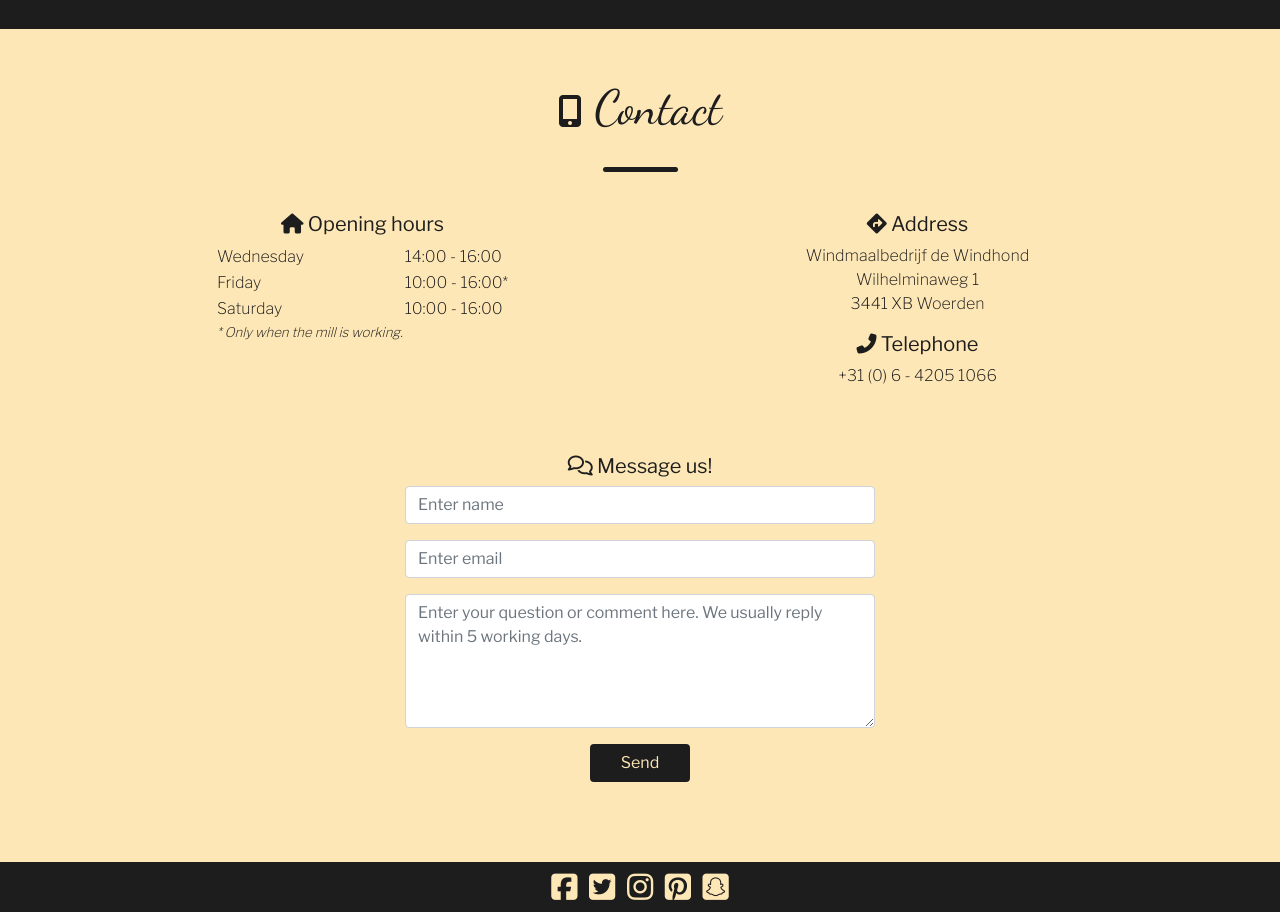
Repository: jdl208/DeWindhond
Page: index.html
The author's editor kept a record of every edit. The page is drawn from the files as they stood at one moment, then again after the next edit.
The browser window is 1280 px wide. The pictures show the part of the page from y = 2408 to 3360 px (the page is 3329 px tall before and 3360 px after).
Some web libraries are served in a nearby version.

Above is the page before.

After the next edit:
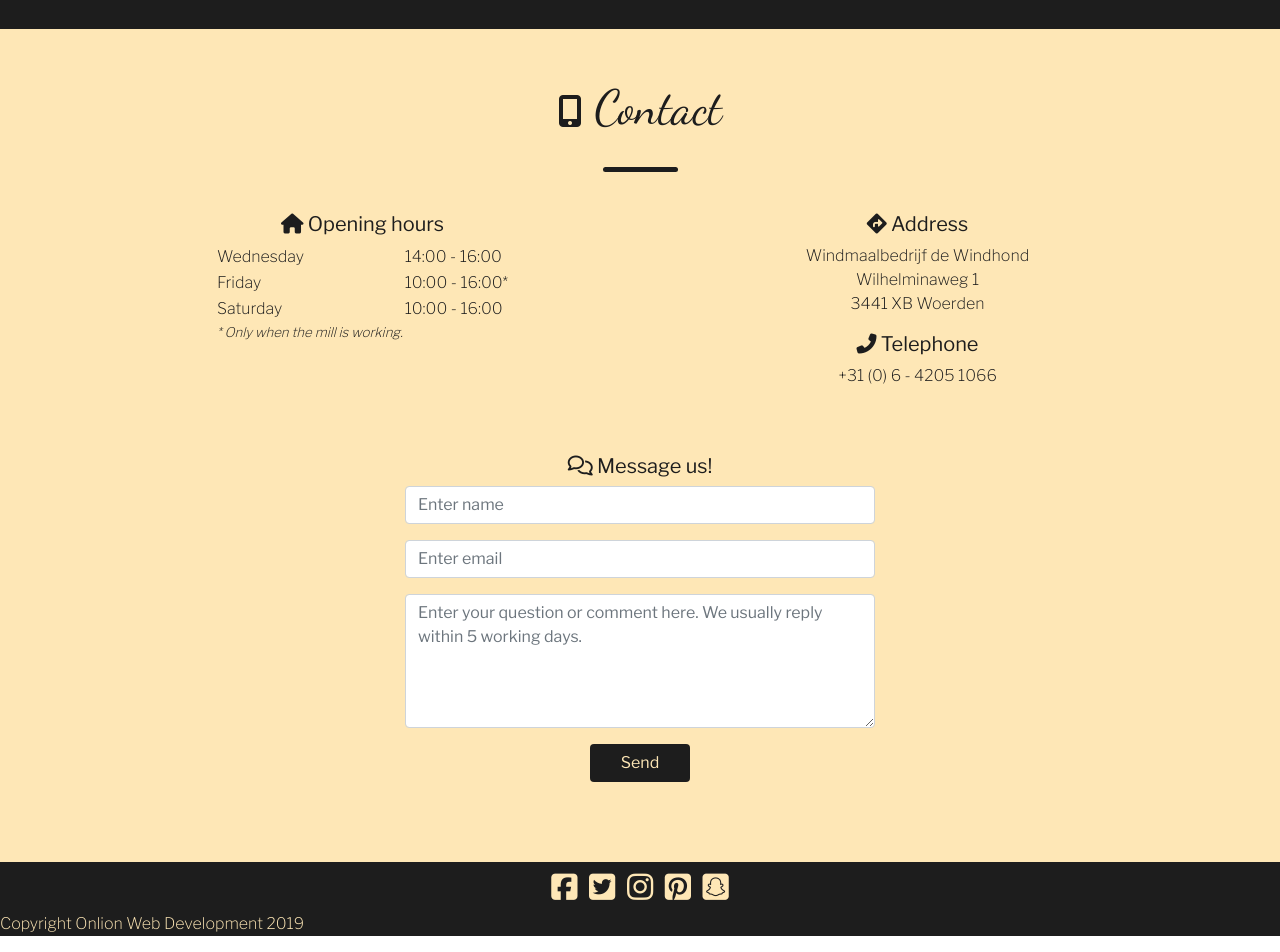
The edit:
--- a/index.html
+++ b/index.html
@@ -144,7 +144,7 @@
             <div class="row">
                 <div class="col-md-6 contact_visiting">
                     <table>
-                                                    <h5><i class="fas fa-home"></i> Opening hours</h5>
+                        <h5><i class="fas fa-home"></i> Opening hours</h5>
                         <tr>
                             <td>Wednesday</td>
                             <td>14:00 - 16:00</td>
@@ -157,7 +157,9 @@
                             <td>Saturday</td>
                             <td>10:00 - 16:00</td>
                         </tr>
-                    <tr class="footnote_opening"><td>* Only when the mill is working.</td></tr>
+                        <tr class="footnote_opening">
+                            <td>* Only when the mill is working.</td>
+                        </tr>
 
                     </table>
                 </div>
@@ -203,6 +205,8 @@
                 </ul>
             </div>
         </div>
+        <p class="copyright">Copyright Onlion Web Development 2019</p>
+
     </footer>
 
     <script src="https://code.jquery.com/jquery-3.3.1.slim.min.js" integrity="sha384-q8i/X+965DzO0rT7abK41JStQIAqVgRVzpbzo5smXKp4YfRvH+8abtTE1Pi6jizo" crossorigin="anonymous"></script>
